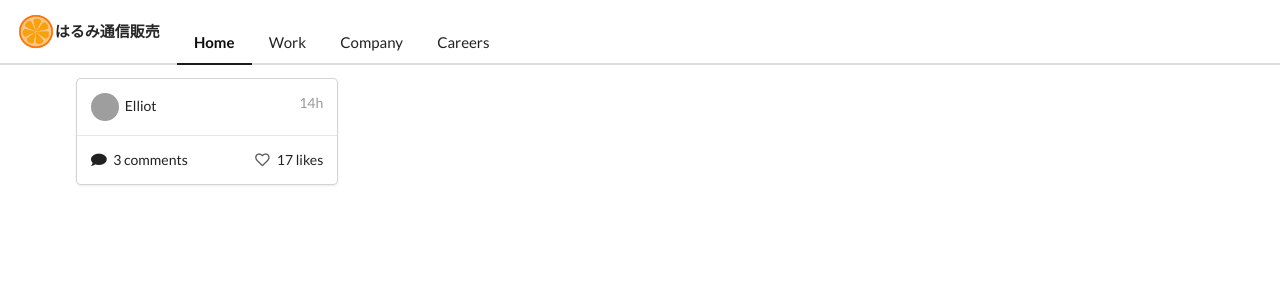
Repository: houki-sam/eclipse
Page: http://localhost/chocobanana/
These files come from the project's save history. The page is drawn as it stood at one moment and after the next save; the edit follows.
The browser window is 1280 px wide. The pictures show the whole page.
Pictures or frames that could not be fetched are drawn as grey boxes. Some web libraries are served in a nearby version. The page is served by Tomcat 9. Nobody is signed in. The application's start-up code is not run. Other server files are loaded and not shown.

Above is the page before, as saved 2020-07-12 11:00:46.

### chocobanana/WebContent/index.jsp
<%@ page language="java" contentType="text/html; charset=UTF-8"
    pageEncoding="UTF-8"%>
<%@ include file="common/jsp/header.jsp" %>

<div class="ui container">
<div class="ui grid">
  <div class="four wide column">
  	<div class="ui card">
	  <div class="content">
	    <div class="right floated meta">14h</div>
	    <img class="ui avatar image" src="/images/avatar/large/elliot.jpg"> Elliot
	  </div>
	  <div class="image">
	    <img>
	  </div>
	  <div class="content">
	    <span class="right floated">
	      <i class="heart outline like icon"></i>
	      17 likes
	    </span>
	    <i class="comment icon"></i>
	    3 comments
	  </div>
	</div>
  </div>
  <div class="four wide column"></div>
  <div class="four wide column"></div>
  <div class="four wide column"></div>
  <div class="four wide column"></div>
  <div class="four wide column"></div>
  <div class="four wide column"></div>
  <div class="four wide column"></div>
</div>
</div>

</body>
</html>

### chocobanana/WebContent/common/jsp/header.jsp
<%@ page language="java" contentType="text/html; charset=UTF-8"
    pageEncoding="UTF-8"%>
<!DOCTYPE html>
<html>
<head>
<link rel="stylesheet" type="text/css" href="semantic/semantic.min.css">
<script
  src="https://code.jquery.com/jquery-3.1.1.min.js" integrity="sha256-hVVnYaiADRTO2PzUGmuLJr8BLUSjGIZsDYGmIJLv2b8=" crossorigin="anonymous"></script>
<script src="semantic/semantic.min.js"></script>
<meta charset="UTF-8">
<title>Insert title here</title>
</head>
<body>
<div class="ui stackable large secondary pointing menu">
	<a href="/chocobanana" class="header item">
        <img class="logo" src="common/img/orange.png">
        はるみ通信販売
    </a>
	<a href="form" class="active item">Home</a>
	<a class="item">Work</a>
	<a class="item">Company</a>
	<a class="item">Careers</a>
	<div class="right item">
		<a class="ui inverted button">Log in</a>
		<a class="ui inverted button">Sign Up</a>
	</div>
</div>

Loaded but not shown: chocobanana/WebContent/semantic/semantic.min.css (library); chocobanana/WebContent/semantic/semantic.min.js (library)

After the next save:
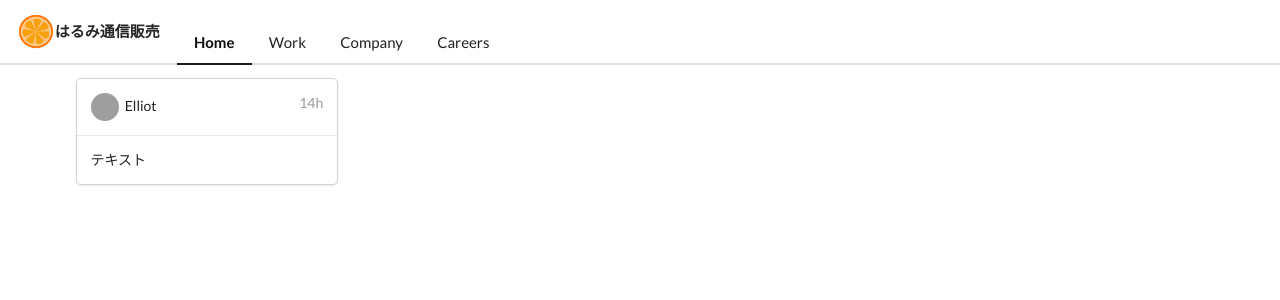
Saved 63 min 42 s later.
--- a/chocobanana/WebContent/index.jsp
+++ b/chocobanana/WebContent/index.jsp
@@ -14,12 +14,7 @@
 	    <img>
 	  </div>
 	  <div class="content">
-	    <span class="right floated">
-	      <i class="heart outline like icon"></i>
-	      17 likes
-	    </span>
-	    <i class="comment icon"></i>
-	    3 comments
+	    テキスト
 	  </div>
 	</div>
   </div>
